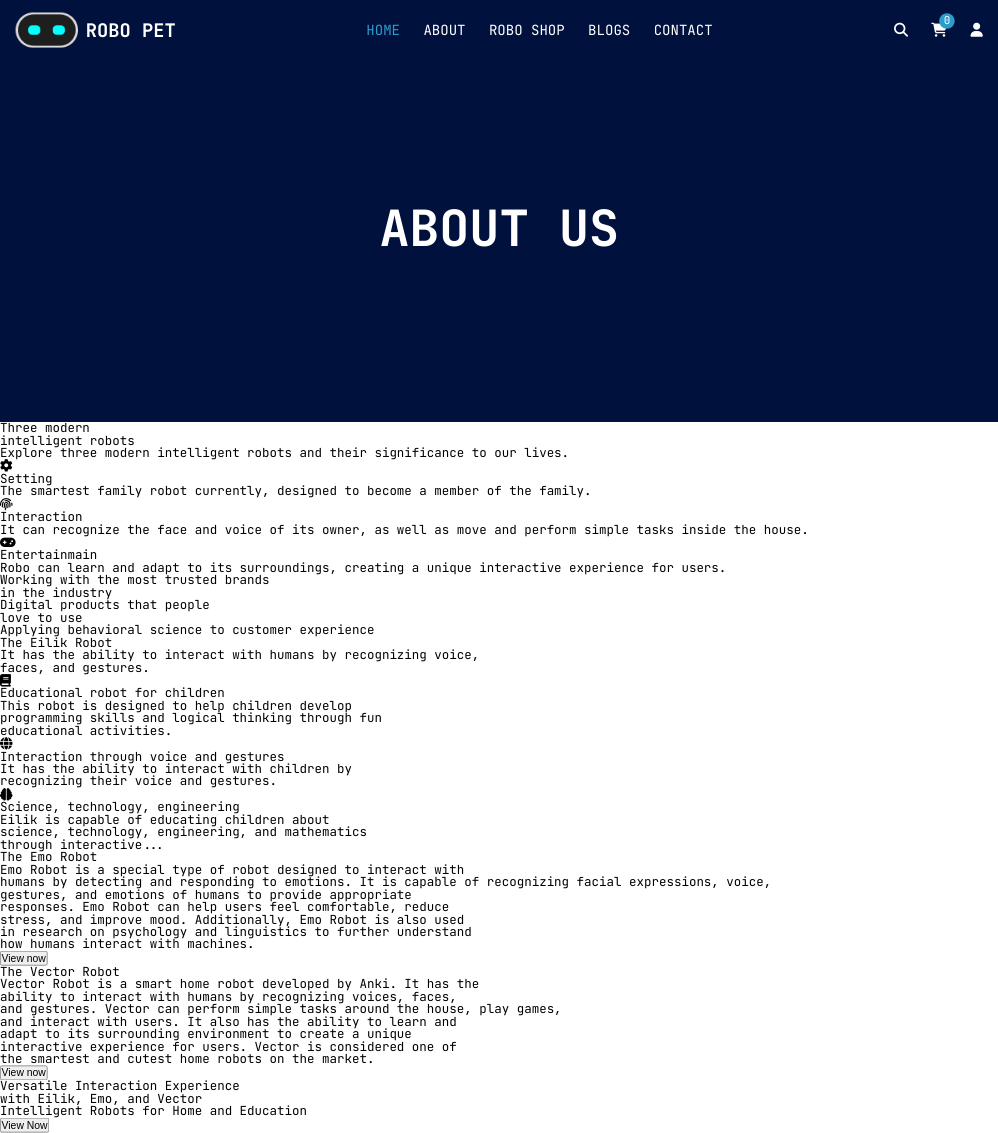
Repository: trietle101/du-an-1
Page: about.html
The author's editor kept a copy of each file at every save. The page is drawn from the files as they stood at one save, then again after the next save.
The browser window is 1280 px wide. The pictures show the whole page, at 78% of full size.
Some web libraries are served in a nearby version.

Above is the page before, as saved 2023-03-12 22:01:14.

After the next save:
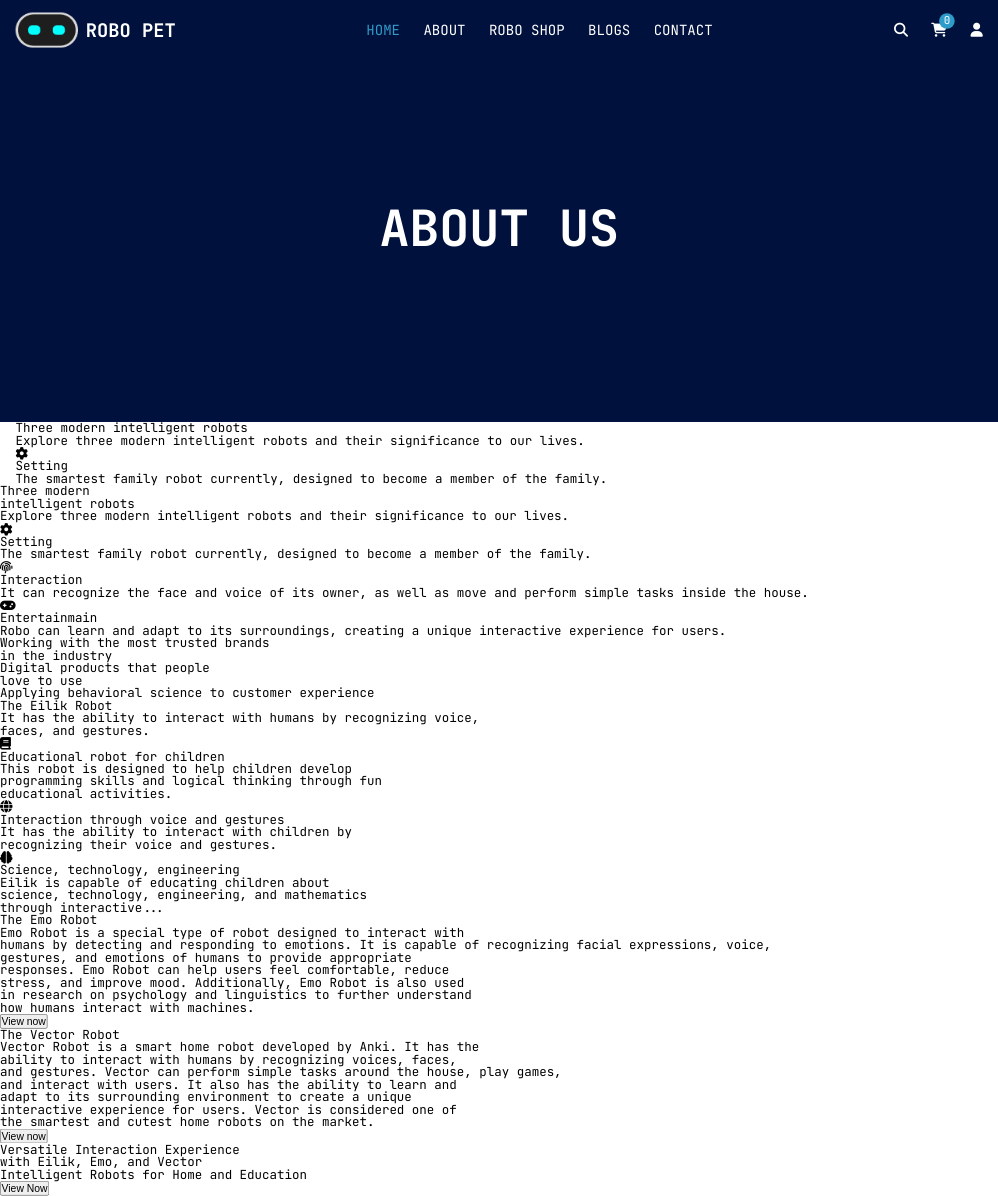
Saved 11 min 33 s later.
--- a/about.html
+++ b/about.html
@@ -6,7 +6,6 @@
     <meta name="viewport" content="width=device-width, initial-scale=1.0" />
     <title>About</title>
     <link rel="stylesheet" href="assets/css/reset.css" />
-    <!-- <link rel="stylesheet" href="assets/css/style.css" /> -->
     <link rel="preconnect" href="https://fonts.googleapis.com" />
     <link rel="preconnect" href="https://fonts.gstatic.com" crossorigin />
     <link rel="stylesheet" href="assets/css/about.css">
@@ -72,7 +71,15 @@
     </header>
     <section class="modern">
       <div class="container">
-
+        <h2 class="modern-title">Three modern intelligent robots</h2>
+        <p class="modern-desc">Explore three modern intelligent robots and their significance to our lives.</p>
+        <div class="modern-box">
+          <div class="modern-item">
+            <i class="fa-solid fa-gear"></i>
+            <h3 class="modern-box-title">Setting</h3>
+            <p class="modern-box-desc">The smartest family robot currently, designed to become a member of the family.</p>
+          </div>
+        </div>
       </div>
     </section>
 
